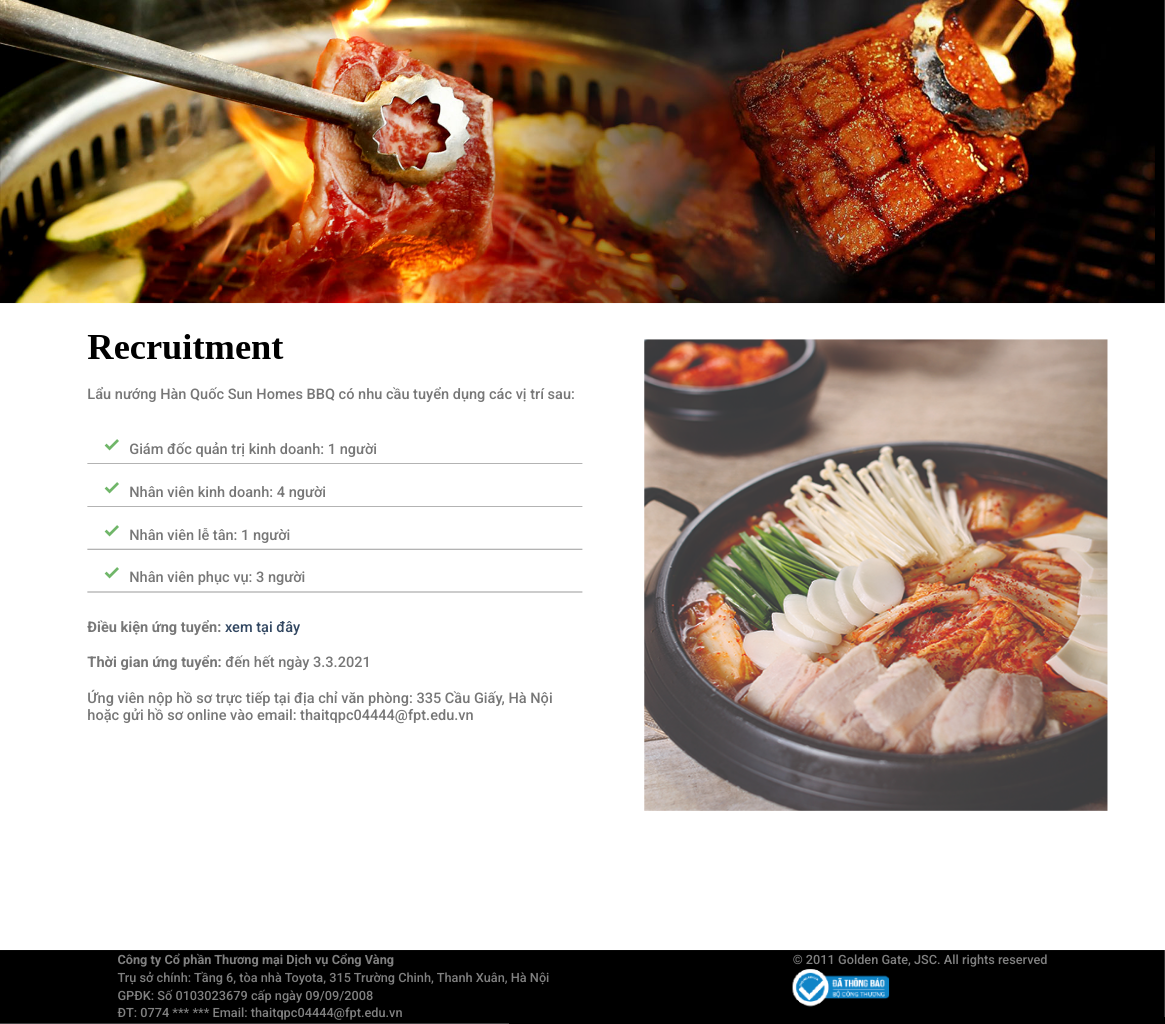
Repository: QUANGTHAI2003/sunhomesbbq
Page: TuyenDung.html
These files come from the project's save history. The page is drawn as it stood at one moment and after the next save; the edit follows.
The browser window is 1280 px wide. The pictures show the whole page, at 91% of full size.
Some web fonts or font styles are not loaded; a fallback is used.

Above is the page before, as saved 2022-02-14 15:02:14.

After the next save:
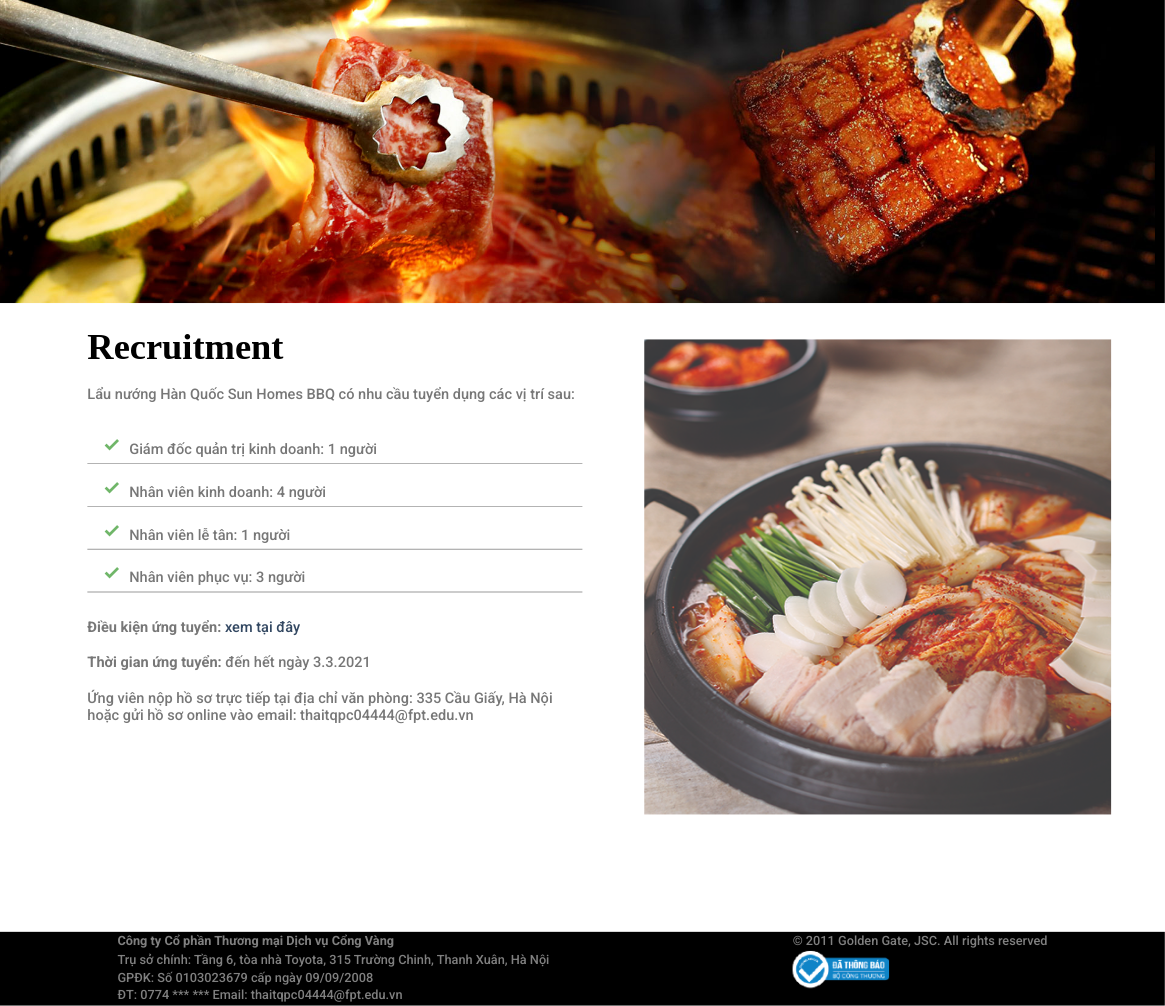
Saved 12 s later.
--- a/style.css
+++ b/style.css
@@ -782,5 +782,5 @@
     width: 110%;
     height: 80%;
     margin: 16px 8px;
-    padding: 20px 0;
-}
+    padding-top: 20px;
+}
